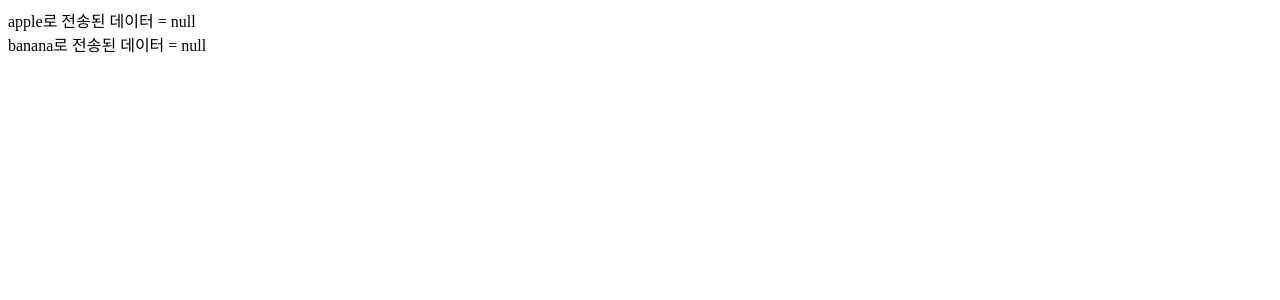
Repository: SimpleRan/jsp_paractice2
Page: http://localhost/JSPBasic/jspobject/request/req_param.jsp
An editor plug-in stored every save of this project. The page is shown before and after the next save, followed by the edit.
The browser window is 1280 px wide. The pictures show the whole page.
The page is served by Tomcat 9.

Above is the page before, as saved 2022-03-24 11:05:45.

### JSPBasic/src/main/webapp/jspobject/request/req_param.jsp
<%@ page language="java" contentType="text/html; charset=UTF-8"
    pageEncoding="UTF-8"%>
    <%--
    	*요청 파라미터

    	- 클라이언트 측에서 서버로 데이터를 요청할 때 전달되는 변수를
    	  요청 파라미터라고 부릅니다.

    	- 요청 파라미터는 URL 주소 뒤에 ? 를 붙인 이후에 [파라미터변수명 = 값]을
    	  통해 서버로 데이터를 전달할 수 있습니다.

        - 요청 파라미터를 여러개 전달할 때는 두 번째부터 &를 붙여서 나열합니다.

     --%>
 <%
 	// 클라이언트의 전송 데이트를 받아오는 방법
 	// 내장객체 request의 getParameter("변수명")을 사용
 	String a = request.getParameter("apple");
 	String b = request.getParameter("banana");
 %>
<!DOCTYPE html>
<html>
<head>
<meta charset="UTF-8">
<title>Insert title here</title>
</head>
<body>
	apple로 전송된 데이터 = <%= a %><br>
	banana로 전송된 데이터 = <%= b %><br>
</body>
</html>

After the next save:
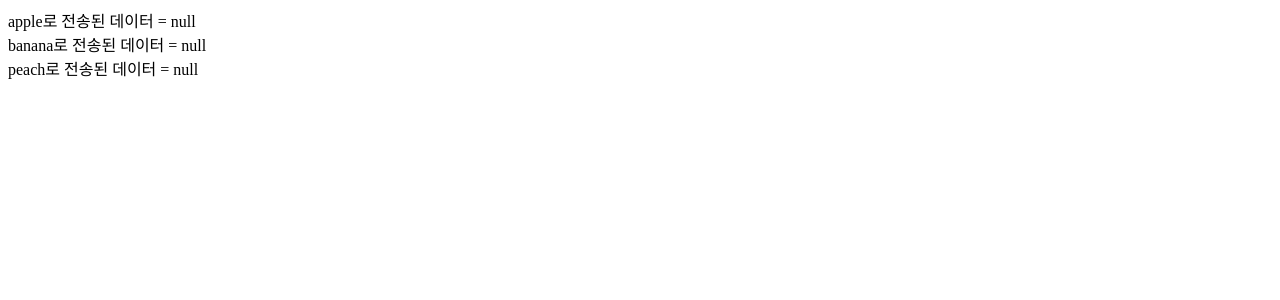
Saved 10 min 23 s later.
--- a/JSPBasic/src/main/webapp/jspobject/request/req_param.jsp
+++ b/JSPBasic/src/main/webapp/jspobject/request/req_param.jsp
@@ -17,6 +17,8 @@
  	// 내장객체 request의 getParameter("변수명")을 사용
  	String a = request.getParameter("apple");
  	String b = request.getParameter("banana");
+ 	// 임의로 받아올 수 있는 request.getParameter("변수명")을 작성해주시고 변수 c에 저장한 후 body에 출력해주세요.
+ 	String c = request.getParameter("peach");
  %>
 <!DOCTYPE html>
 <html>
@@ -27,5 +29,6 @@
 <body>
 	apple로 전송된 데이터 = <%= a %><br>
 	banana로 전송된 데이터 = <%= b %><br>
+	peach로 전송된 데이터 = <%= c %><br>
 </body>
 </html>
